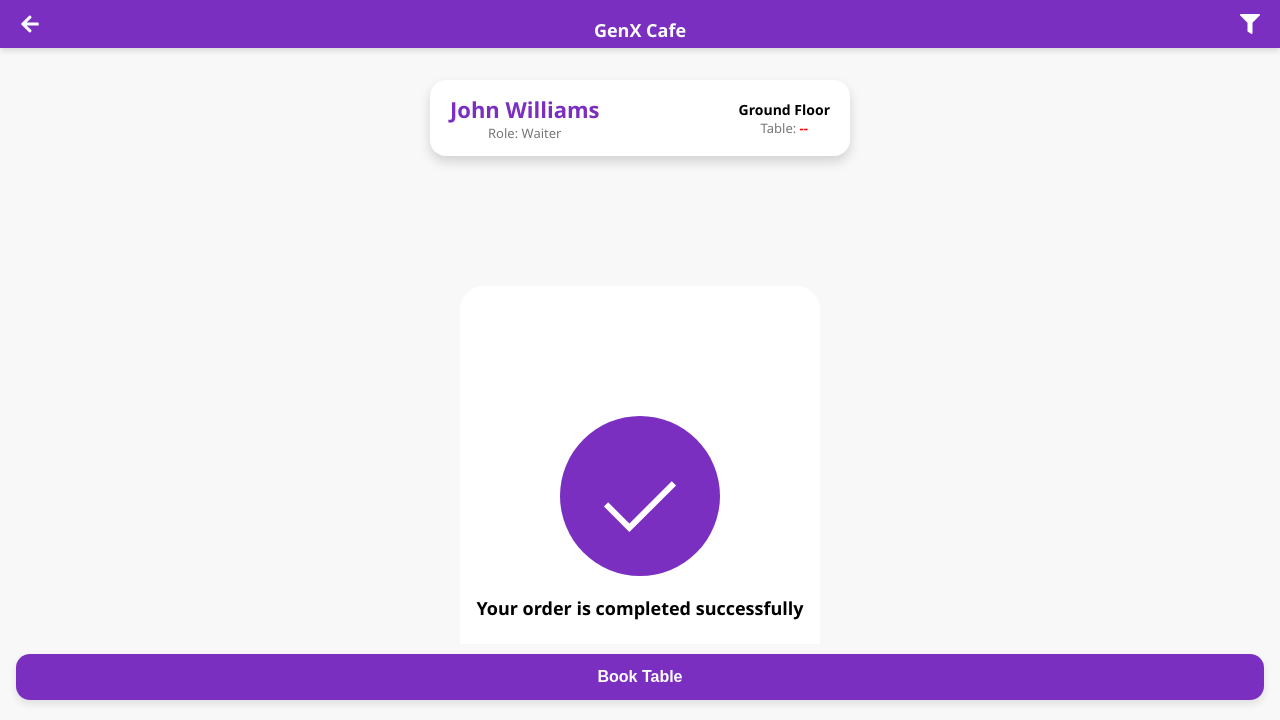
Repository: rajeshwaranslv/sturdy-spork-genx-frontend
Page: /success
The author's editor kept a copy of each file at every save. The page is drawn from the files as they stood at one save, then again after the next save.
The browser window is 1280 px wide. The pictures show the whole page.
The project was rebuilt for these pictures with package versions that can differ from the ones it lists, and the page was loaded fresh each time. Also part of the build but not shown: src/components/TableSelection.js, src/components/menu.css, src/components/MenuSelection.js, src/components/order.css, src/components/OrderReview.js, src/components/Billing.js.

Above is the page before, as saved 2025-07-16 17:36:42.

After the next save:
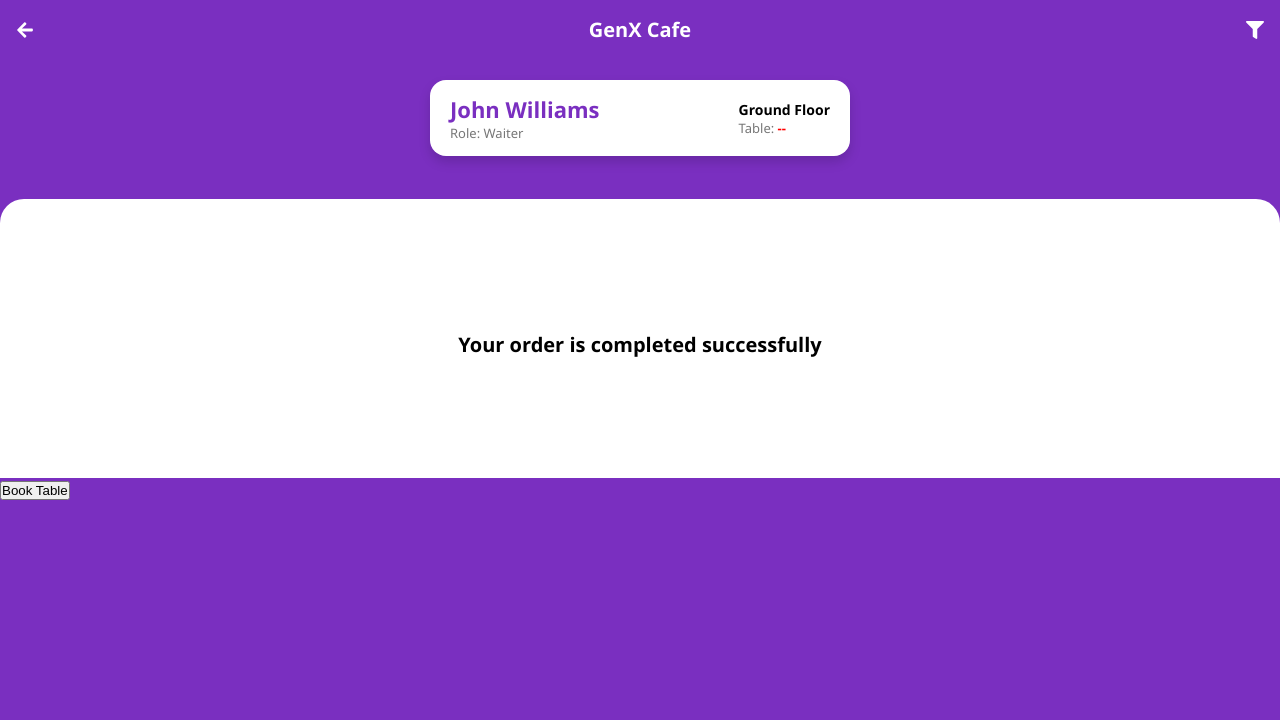
Saved 9 s later.
--- a/src/components/success.css
+++ b/src/components/success.css
@@ -1,109 +1,27 @@
-/* Container for Success Page */
-.success-page {
-  min-height: 100vh;
+/* Centered Success Body */
+.success-body {
   display: flex;
   flex-direction: column;
-  padding-top: 70px; /* space for header */
   align-items: center;
   justify-content: center;
-  background-color: #f8f8f8;
-  position: relative;
-  text-align: center;
-  box-sizing: border-box;
+  padding-top: 120px; /* space for waiter card */
+  padding-bottom: 120px; /* space for footer */
 }
 
-/* Header Bar */
-.header-bar {
-  position: fixed;
-  top: 0;
-  left: 0;
-  right: 0;
-  background: #7a2fc0;
-  color: white ;
-  display: flex;
-  justify-content: space-between;
-  align-items: center;
-  padding: 14px 20px;
-  z-index: 1000;
-  box-shadow: 0 2px 6px rgba(0, 0, 0, 0.15);
+/* Animated Success Text */
+.success-text {
+  font-size: 20px;
+  color: #000;
+  margin-top: 12px;
+  text-align: center;
+  opacity: 0;
+  transform: translateY(20px);
+  animation: fadeInText 0.6s ease-out 0.5s forwards;
 }
 
-.header-bar h2 {
-  position: absolute;
-  left: 50%;
-  transform: translateX(-50%);
-  margin: 0;
-  font-size: 20px;
-   color: white !important ;
-
-}
-
-.icon {
-  color: white;
-  font-size: 20px;
-  cursor: pointer;
-  z-index: 10;
-}
-
-/* Checkmark Animation */
-.checkmark-circle {
-  width: 160px;
-  height: 160px;
-  background-color: #7a2fc0;
-  border-radius: 50%;
-  display: flex;
-  align-items: center;
-  justify-content: center;
-  margin: 40px auto 20px;
-  animation: popCircle 0.5s ease-out;
-}
-
-.checkmark {
-  width: 30px;
-  height: 60px;
-  border-right: 6px solid white;
-  border-bottom: 6px solid white;
-  transform: rotate(45deg) scale(0);
-  animation: drawCheck 0.4s 0.3s ease forwards;
-}
-
-@keyframes popCircle {
-  0% {
-    transform: scale(0.7);
-    opacity: 0;
-  }
-  100% {
-    transform: scale(1);
+@keyframes fadeInText {
+  to {
     opacity: 1;
+    transform: translateY(0);
   }
 }
-
-@keyframes drawCheck {
-  to {
-    transform: rotate(45deg) scale(1);
-  }
-}
-
-/* Success Message */
-.success-page h2 {
-  font-size: 18px;
-  margin-top: 12px;
-  color: #000000;
-}
-
-/* Fixed Bottom Button */
-.footer-btn {
-  position: fixed;
-  bottom: 20px;
-  left: 16px;
-  right: 16px;
-  padding: 14px;
-  font-size: 16px;
-  font-weight: bold;
-  background-color: #7a2fc0;
-  color: white;
-  border: none;
-  border-radius: 14px;
-  cursor: pointer;
-  box-shadow: 0 4px 8px rgba(0, 0, 0, 0.1);
-}
